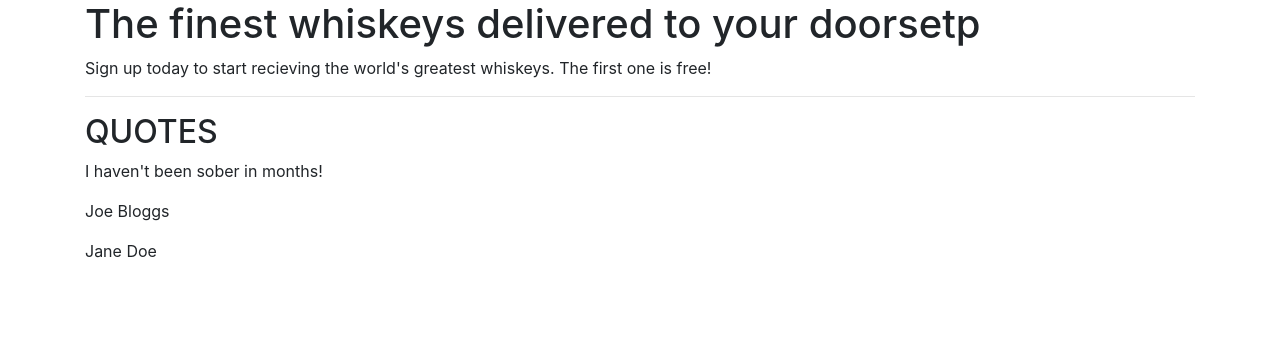
Repository: Matt-F90/Intro-to-bootstrap
Page: index..html
The author's editor kept a record of every edit. The page is drawn from the files as they stood at one moment, then again after the next edit.
The browser window is 1280 px wide. The pictures show the whole page.

Above is the page before.
Console error: TypeError: Cannot read properties of undefined (reading 'fn')

After the next edit:
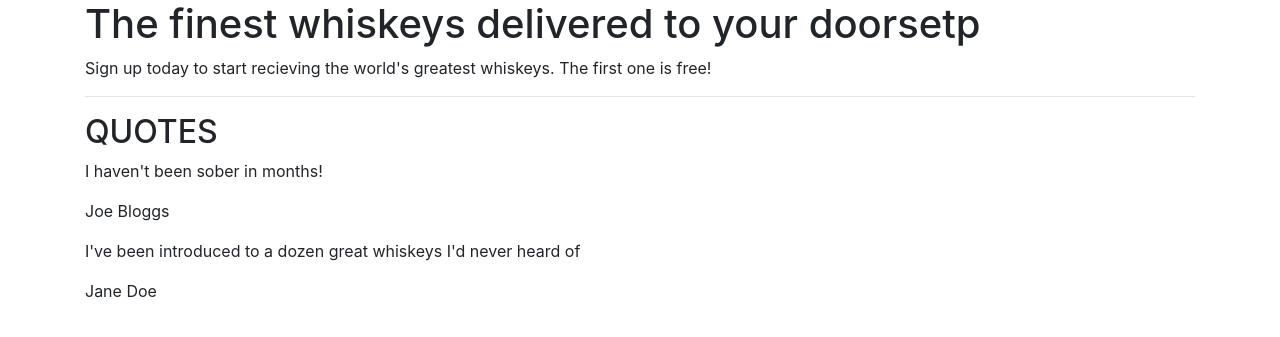
The edit:
--- a/index..html
+++ b/index..html
@@ -23,7 +23,7 @@
                 <p>Joe Bloggs</p>
             </div>
             <div class="quote">
-                <p></p>
+                <p>I've been introduced to a dozen great whiskeys I'd never heard of</p>
                 <p>Jane Doe</p>
             </div>
         </section>
